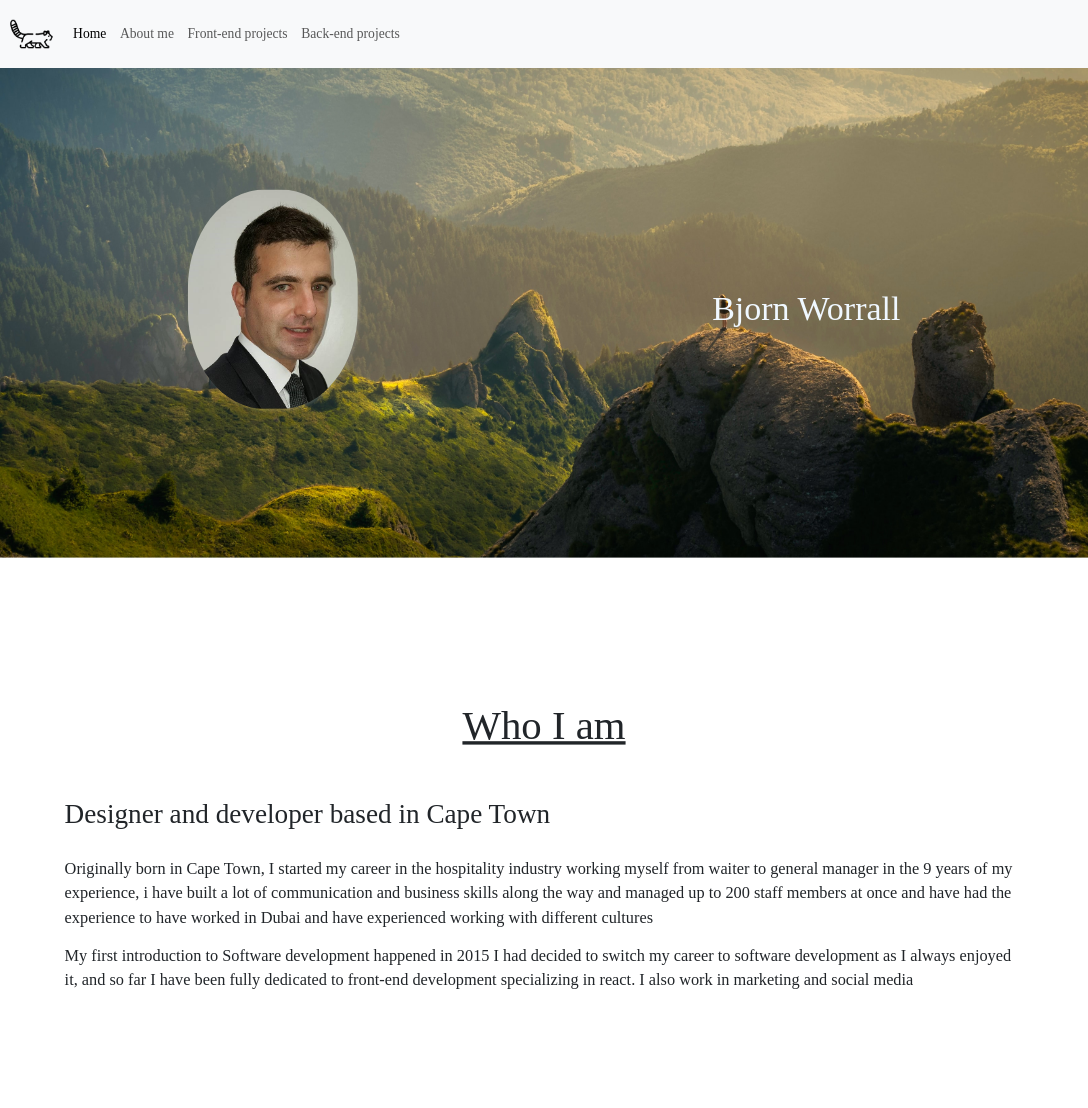
Repository: lasity34/portfolio
Page: index.html
These files come from the project's save history. The page is drawn as it stood at one moment and after the next save; the edit follows.
The browser window is 1280 px wide. The pictures show the whole page, at 85% of full size.
Backgrounds fixed to the window are drawn as part of the page. Some web fonts or font styles are not loaded; a fallback is used.

Above is the page before, as saved 2023-03-13 16:37:55.

### index.html
<!DOCTYPE html>
<html lang="en">
  <head>
    <meta charset="UTF-8" />
    <meta http-equiv="X-UA-Compatible" content="IE=edge" />
    <meta name="viewport" content="width=device-width, initial-scale=1.0" />
    <title>Bjorn Portfolio</title>
    <link rel="preconnect" href="https://fonts.googleapis.com">
<link rel="preconnect" href="https://fonts.gstatic.com" crossorigin>

    <link
      href="https://cdn.jsdelivr.net/npm/bootstrap@5.3.0-alpha1/dist/css/bootstrap.min.css"
      rel="stylesheet"
      integrity="sha384-GLhlTQ8iRABdZLl6O3oVMWSktQOp6b7In1Zl3/Jr59b6EGGoI1aFkw7cmDA6j6gD"
      crossorigin="anonymous"
    />
    <script
      src="https://cdn.jsdelivr.net/npm/bootstrap@5.3.0-alpha1/dist/js/bootstrap.bundle.min.js"
      integrity="sha384-w76AqPfDkMBDXo30jS1Sgez6pr3x5MlQ1ZAGC+nuZB+EYdgRZgiwxhTBTkF7CXvN"
      crossorigin="anonymous"
    ></script>
    <link rel="stylesheet" type="text/css" href="styles.css" />
    <link rel="preconnect" href="https://fonts.googleapis.com">
    <link rel="preconnect" href="https://fonts.gstatic.com" crossorigin>
    <link href="https://fonts.googleapis.com/css2?family=Euphoria+Script&family=Schoolbell&display=swap" rel="stylesheet">
  </head>
  <body>
    <nav class="navbar navbar-expand-lg bg-body-tertiary">
      <div class="container-fluid d-flex justify-content-between">
        <a class="navbar-brand" href="#"
          ><img width="50" height="54" src="./Images/red-panda.png"
        /></a>
        <button
          class="navbar-toggler"
          type="button"
          data-bs-toggle="collapse"
          data-bs-target="#navbarNavAltMarkup"
          aria-controls="navbarNavAltMarkup"
          aria-expanded="false"
          aria-label="Toggle navigation"
        >
          <span class="navbar-toggler-icon"></span>
        </button>
        <div class="collapse navbar-collapse" id="navbarNavAltMarkup">
          <div class="navbar-nav" id="color">
            <a class="nav-link active" aria-current="page" href="#">Home</a>
            <a class="nav-link" href="#about_me">About me</a>
            <a class="nav-link" href="#">Front-end projects</a>
            <a class="nav-link">Back-end projects</a>
          </div>
        </div>
      </div>
    </nav>
    <section class="container-fluid intro_container ">
      <div class="info_container general_container">
        <img src="./Images/profile_pic.jpg" class="img-fluid" />
        <h1>Bjorn Worrall</h1>
      </div>
    </section>
    <section class="container-fluid about_container" id="about_me">
      <div>
        <h2>Who I am</h2>
        <h5>Designer and developer based in Cape Town</h5>
        <p>
          Originally born in Cape Town, I started my career in the hospitality
          industry working myself from waiter to general manager in the 9 years
          of my experience, i have built a lot of communication and business
          skills along the way and managed up to 200 staff members at once and
          have had the experience to have worked in Dubai and have experienced
          working with different cultures
        </p>
        <p>
          My first introduction to Software development happened in 2015 I had
          decided to switch my career to software development as I always
          enjoyed it, and so far I have been fully dedicated to front-end
          development specializing in react. I also work in marketing and social
          media
        </p>
      </div>
    </section>
  </body>
</html>

### styles.css
/* global */

* {
    font-family: 'Schoolbell', cursive;
}

body, html {
  margin: 0;
}

/* nav  */





/* Intro */

.intro_container {
    background: url(./Images/profile_img.jpg) no-repeat fixed center bottom;
	background-size: cover;
    height: 80vh;
    display: flex;
    align-items: center;
    justify-content: center;
}



.info_container img {
 border-radius: 45%;
 box-shadow: 2px 2px 4px rgba(216, 207, 207, 0.2);
 width: 100px;
 margin-bottom: 2em;
}

.info_container h1 {
    color: aliceblue;
    font-size: 2.5rem;
}

.general_container {
    display: flex;
    flex-direction: column;
    align-items: center;
    width: 100%;
    height: 40vh;

}




@media (min-width: 576px) {
    .general_container {
        flex-direction: row;
        justify-content: space-around;
    }

    .info_container img {

    }
}

@media (min-width: 768px) {
    .info_container img {
        width: 150px;

    }
}

@media (min-width: 1200px) {
    .info_container img {
        width: 200px;
    }
}


/* Description */


.about_container {
    height: 90vh;
    max-width: 90%;
    display: flex;
    align-items: center;
}


#about_me h2 {
    text-align: center;
    font-size: 3rem;
    text-decoration: underline;
    padding: 1em;
}

#about_me h5 {
    font-size: 2rem;
    margin-bottom: 1em;
}

#about_me p {
        font-size: 1.2rem;
}

After the next save:
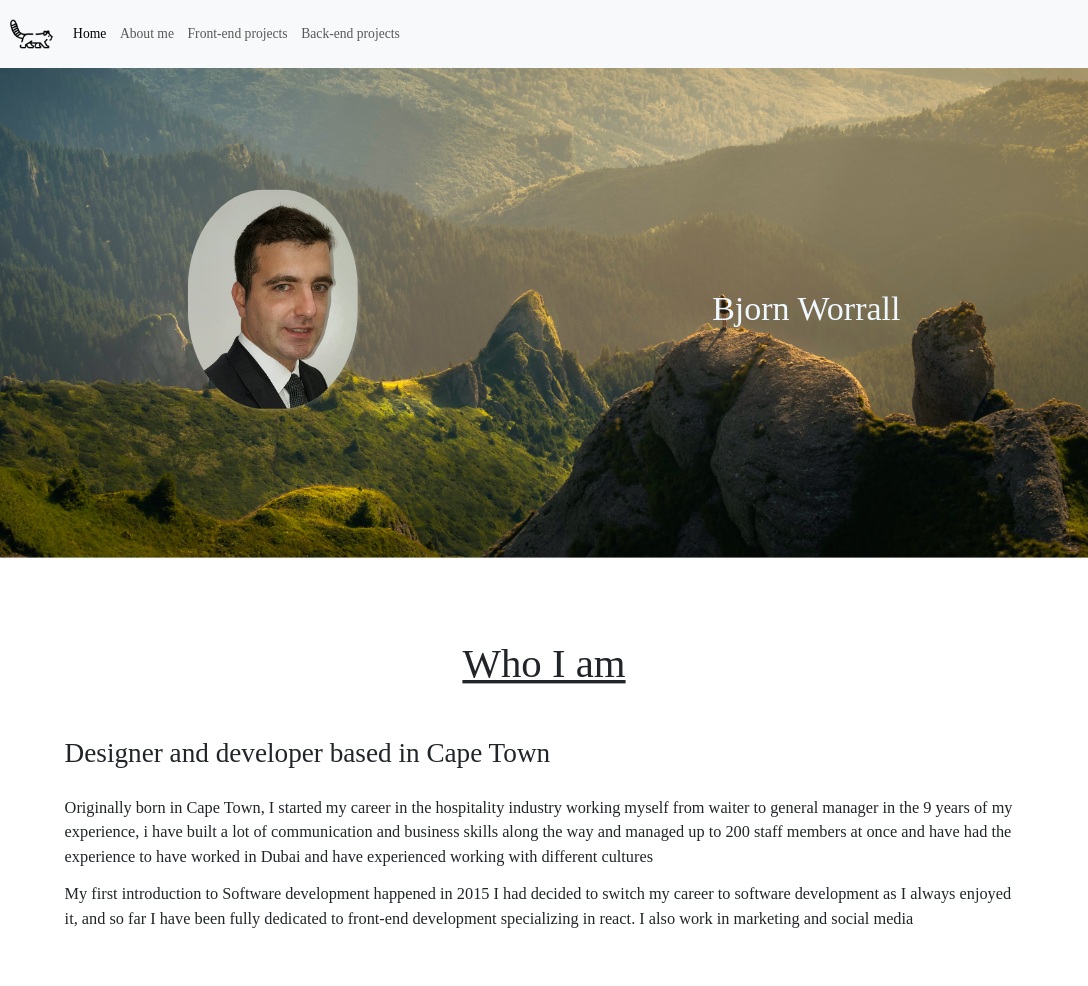
Saved 46 s later.
--- a/styles.css
+++ b/styles.css
@@ -80,7 +80,7 @@ body, html {
 
 
 .about_container {
-    height: 90vh;
+    height: 70vh;
     max-width: 90%;
     display: flex;
     align-items: center;
